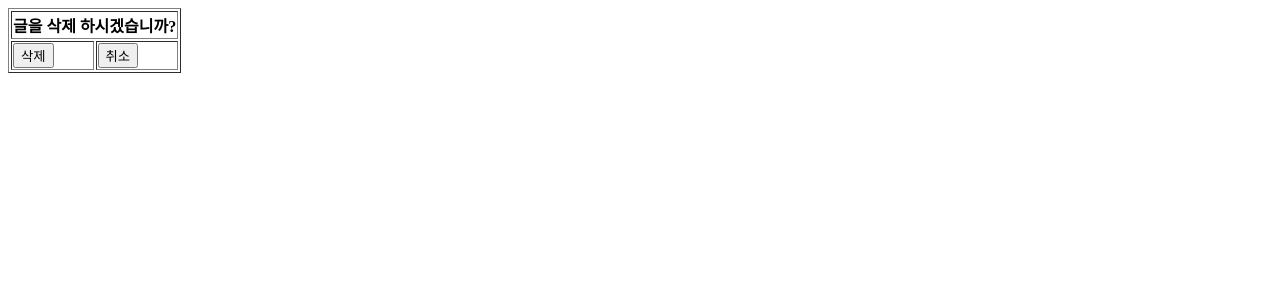
Repository: y2kim/workspace3
Page: http://localhost/WEB_MVC1_JSP_05_25/borde/delete.jsp
These files come from the project's save history. The page is drawn as it stood at one moment and after the next save; the edit follows.
The browser window is 1280 px wide. The pictures show the whole page.
The page is served by Tomcat 9. Other server files are loaded and not shown.

Above is the page before, as saved 2018-05-30 04:40:13.

### WEB_MVC1_JSP_05_25/WebContent/borde/delete.jsp
<%@ page language="java" contentType="text/html; charset=UTF-8"
    pageEncoding="UTF-8"%>
<!DOCTYPE html PUBLIC "-//W3C//DTD HTML 4.01 Transitional//EN" "http://www.w3.org/TR/html4/loose.dtd">
<html>
<head>
<meta http-equiv="Content-Type" content="text/html; charset=UTF-8">
<title>Insert title here</title>
</head>
<body>
		<table border="1">
			<tr><th colspan="2">글을 삭제 하시겠습니까?</th></tr>
			<tr>
			<td><button id="del">삭제</button></td>
			<td><button id="can">취소</button></td>
			</tr>
		</table>
</body>
</html>

After the next save:
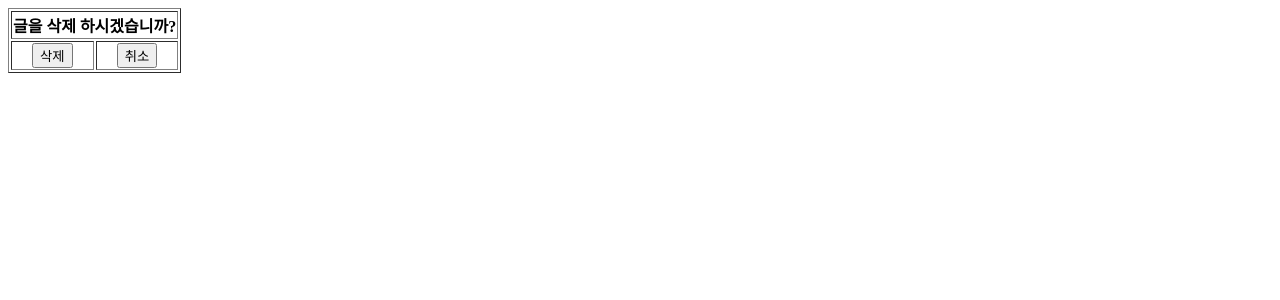
Saved 37 s later.
--- a/WEB_MVC1_JSP_05_25/WebContent/borde/delete.jsp
+++ b/WEB_MVC1_JSP_05_25/WebContent/borde/delete.jsp
@@ -10,8 +10,8 @@
 		<table border="1">
 			<tr><th colspan="2">글을 삭제 하시겠습니까?</th></tr>
 			<tr>
-			<td><button id="del">삭제</button></td>
-			<td><button id="can">취소</button></td>
+			<td style="align-content:center;" align="center"><button id="del">삭제</button></td>
+			<td style="align-content:center;" align="center"><button id="can">취소</button></td>
 			</tr>
 		</table>
 </body>
